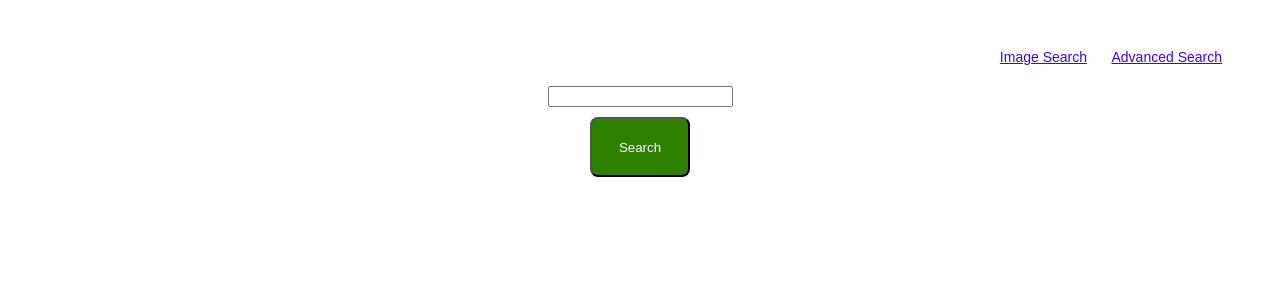
Repository: lyutok/cs50-search-project
Page: google.html
The author's editor kept a copy of each file at every save. The page is drawn from the files as they stood at one save, then again after the next save.
The browser window is 1280 px wide. The pictures show the whole page.
The style sheet was rebuilt from its Sass, Less or Tailwind sources for each picture, by a compiler version that may differ from the author's.

Above is the page before, as saved 2025-07-05 19:18:11.

### google.html
<!DOCTYPE html>
<html lang="en">
<head>
    <meta name="viewport" content="width=device-width, initial-scale=1.0" charset="UTF-8">
    <title>Google Search</title>
    <link rel="stylesheet" href="styles.css">
    </head>
<body>
    <div>
        <a href="image.html">Image Search</a>
        <a href="advanced.html">Advanced Search</a>
    </div>
    <form action="https://www.google.com/search">
        <input type="text" name="q">
        <br>
        <button type="submit">Search</button>
    </form>
</body>
</html>

### styles.scss
$color: rgb(60, 0, 255);

a {
    font-size: 14px;
    color: $color;
    padding: 10px;
}

body {
    font-family: Arial, sans-serif;
    padding: 20px;
    text-align: center;

    div {
        text-align: right;
        padding: 20px;
    }
}

button {
    margin: 10px;
    border-radius: 8px;
    background-color: rgb(45, 128, 0);
    color: white;
    height: 60px;
    width: 100px;
}

After the next save:
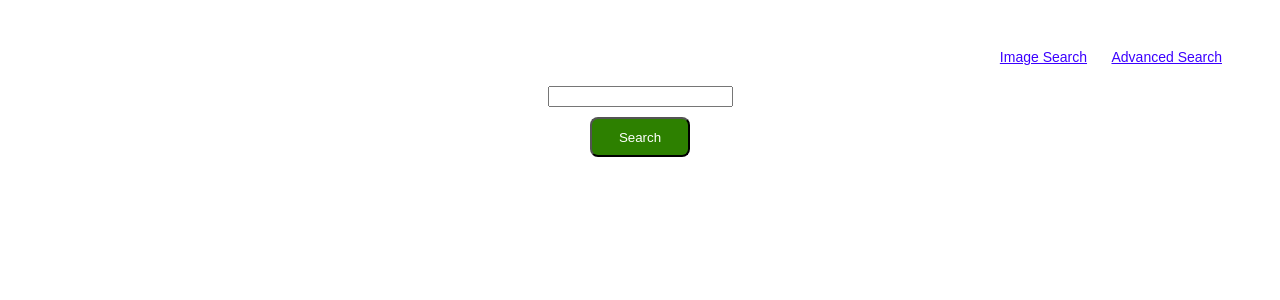
Saved 14 s later.
--- a/styles.scss
+++ b/styles.scss
@@ -22,6 +22,6 @@ button {
     border-radius: 8px;
     background-color: rgb(45, 128, 0);
     color: white;
-    height: 60px;
+    height: 40px;
     width: 100px;
 }
